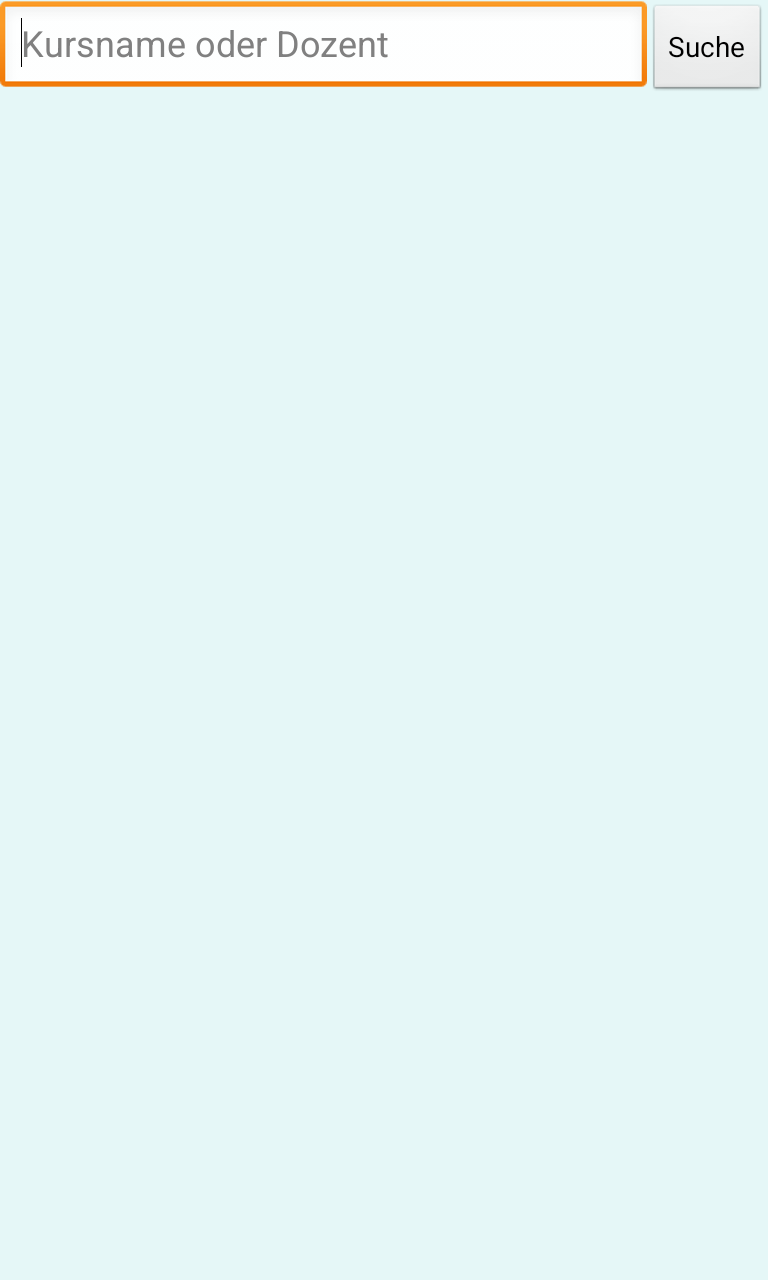
Repository: georgleber/IliConnect
Layout: IliConnect/res/layout/suche_layout.xml
The author's editor kept a copy of each file at every save. The layout is drawn from the files as they stood at one save, then again after the next save.
It is drawn on a 768 x 1280 px phone screen (xhdpi) without system bars, with theme AppTheme; the app's code is not run.

Above is the layout before, as saved 2012-12-18 22:53:01.

### IliConnect/res/layout/suche_layout.xml
<?xml version="1.0" encoding="utf-8"?>
<LinearLayout xmlns:android="http://schemas.android.com/apk/res/android"
    android:layout_width="match_parent"
    android:layout_height="match_parent"
    android:background="#E5F7F7"
    android:orientation="horizontal" >

    <LinearLayout
        android:layout_width="match_parent"
        android:layout_height="wrap_content" >

        <EditText
            android:id="@+id/editText1"
            android:layout_width="0dp"
            android:layout_height="wrap_content"
            android:layout_weight="1.51"
            android:ems="10"
            android:hint="@string/search_string"
            android:singleLine="true" >

            <requestFocus />
        </EditText>

        <Button
            android:id="@+id/search_button"
            android:layout_width="wrap_content"
            android:layout_height="wrap_content"
            android:text="@string/searching_button" />
    </LinearLayout>

</LinearLayout>

### IliConnect/res/values/styles.xml
<resources xmlns:android="http://schemas.android.com/apk/res/android">

    <style name="AppTheme" parent="android:Theme.Light" />
    <style name="ListView">
        <item name="android:layout_width">fill_parent</item>
        <item name="android:layout_height">fill_parent</item>
        <item name="android:textColor">#000000</item>
        <item name="android:background">@color/mintFH</item>
        <item name="android:cacheColorHint">@color/mintFH</item>
        <item name="android:listSelector">@drawable/list_selector</item>
    </style>

</resources>

### IliConnect/res/values/strings.xml
<resources>

    <string name="app_name">IliConnect</string>
    <string name="hello_world">Hello world!</string>
    <string name="menu_settings">Settings</string>
    <string name="title_activity_main">IliConnect</string>
    <string name="passwort_label">"Passwort: "</string>
    <string name="Email_label">"ID: "</string>
    <string name="login_button">Login</string>
    <string name="passwort_hint">******</string>
    <string name="email_pre">userid</string>
    <string name="desc_logoright">FH-Aachen Logo</string>
	<string name="desc_head">Ilias Logo</string>
	<string name="logout">Logout</string>
	<string name="magazin">Magazin</string>
	<string name="uebersicht">Übersicht</string>
	<string name="account_logout">Logout</string>
	<string name="QR_Code">Scan QR Code</string>
	<string name="todo_liste">Todo Liste</string>
	<string name="Date">Montag 17.12.2012 Praktikum Fassbender</string>
	<string name="desc_seminar">Beschreibung:</string>
	<string name="desc_long">Dies ist ein Testseminar. Hier würde ihr Text stehen der das Seminar beschreibt.</string>
	<string name="search_string">Kursname oder Dozent</string>
	<string name="termine_string">Termine:</string>
	<string name="geaendertedateien_string">Geänderte Dateien:</string>
	<string name="qr_string">QR Scanner:</string>
	<string name="datum_praktikum">24.12.2012 Praktikum SWE</string>
	<string name="Testmessage">Testmeldung</string>
	<string name="stringurl">Url: </string>
	<string name="urlHint">www.ilias.de</string>
	<string name="logout_menu">Ausloggen</string>
	<string name="settings_menu">Einstellungen</string>
	<string name="sync_label">Synchronisation:</string>
	<string name="Sync_intervall">Intervall: </string>
	<string name="Wlan_snyc">"nur über Wlan: "</string>
	<string name="dates_sync">"Anzahl der Termine: "</string>
	<string name="Notifi_sync">"Benachrichtigungen: "</string>
	<string name="Warning_sync">"Warnung: "</string>
	<string name="Critical_sync">"Kritisch: "</string>
	<string name="sync_button">Synchronisieren</string>

	 <string-array name="array_intervall">
        <item>15 Min</item>
        <item>30 Min</item>
        <item>1 H</item>
        <item>2 H</item>
        <item>1 D</item>
    </string-array>
    <string-array name="array_termine">
        <item>1</item>
        <item>2</item>
        <item>3</item>
        <item>4</item>
        <item>5</item>
    </string-array>
    <string-array name="array_warnung">
        <item>3 D</item>
        <item>4 D</item>
        <item>5 D</item>
        <item>6 D</item>
    </string-array>
    <string-array name="array_Kritisch">
        <item>1 D</item>
        <item>2 D</item>
    </string-array>
        <string name="testdates">24.12.2012    16 Uhr</string>
        <string name="testpraktikum">Software Engineering Praktikum</string>
        <string name="testpraktikum2">25.12.2012    14 Uhr</string>
        <string name="testpraktikum3">Bildverarbeitung Praktikum</string>
        <string name="kurs_abmeldung">Abmelden</string>
        <string name="test_file">Aufgabe 1.pdf</string>
        <string name="kurs_suche">KURS:</string>
        <string name="Dozent_suche">DOZENT:</string>
        <string name="test_seminar">Physik</string>
        <string name="Join_kurs">Beitreten</string>
        <string name="dozent_fassbender">"Prof. Dr. rer. nat. Faßbender "</string>
        <string name="button_kurse">Kurse</string>
        <string name="searching_button">Suche</string>
        <string name="Kurs_default">Physik</string>

</resources>

After the next save:
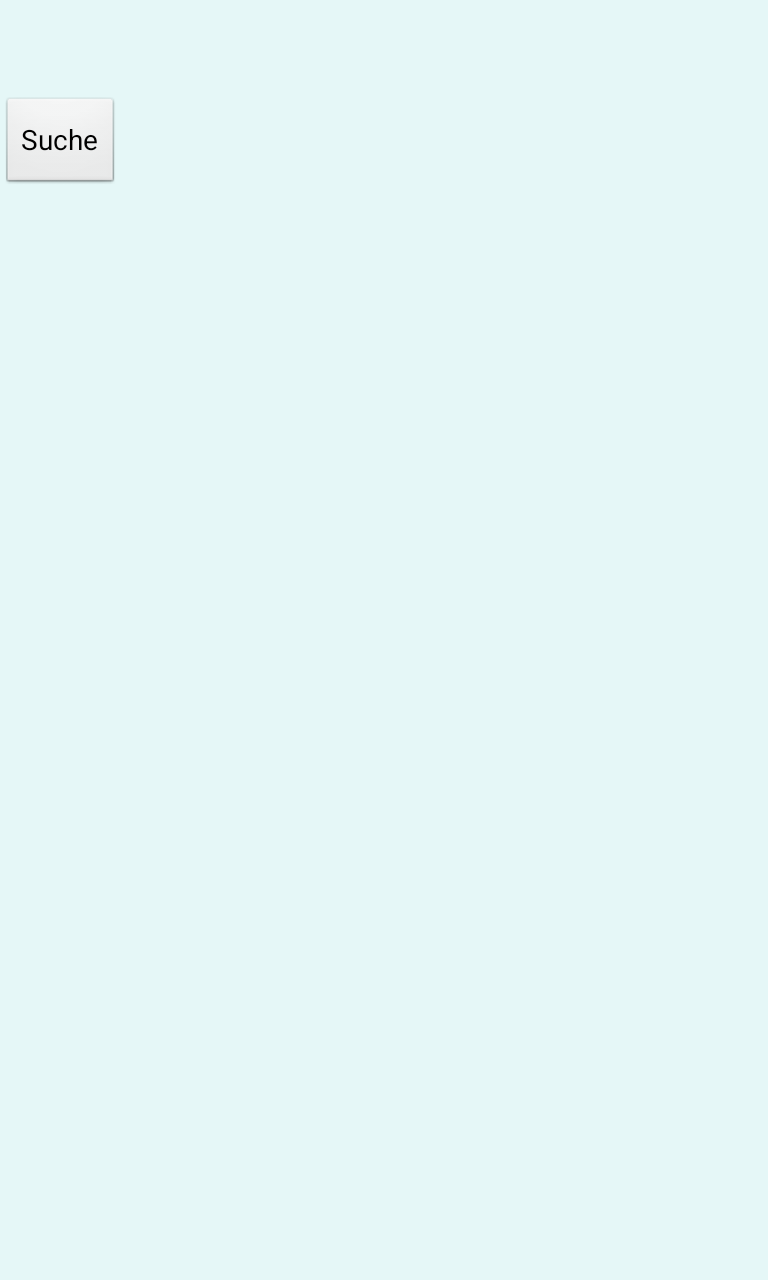
Saved 100 s later.
--- a/IliConnect/res/layout/suche_layout.xml
+++ b/IliConnect/res/layout/suche_layout.xml
@@ -7,7 +7,8 @@
 
     <LinearLayout
         android:layout_width="match_parent"
-        android:layout_height="wrap_content" >
+        android:layout_height="wrap_content"
+        android:orientation="vertical" >
 
         <EditText
             android:id="@+id/editText1"
